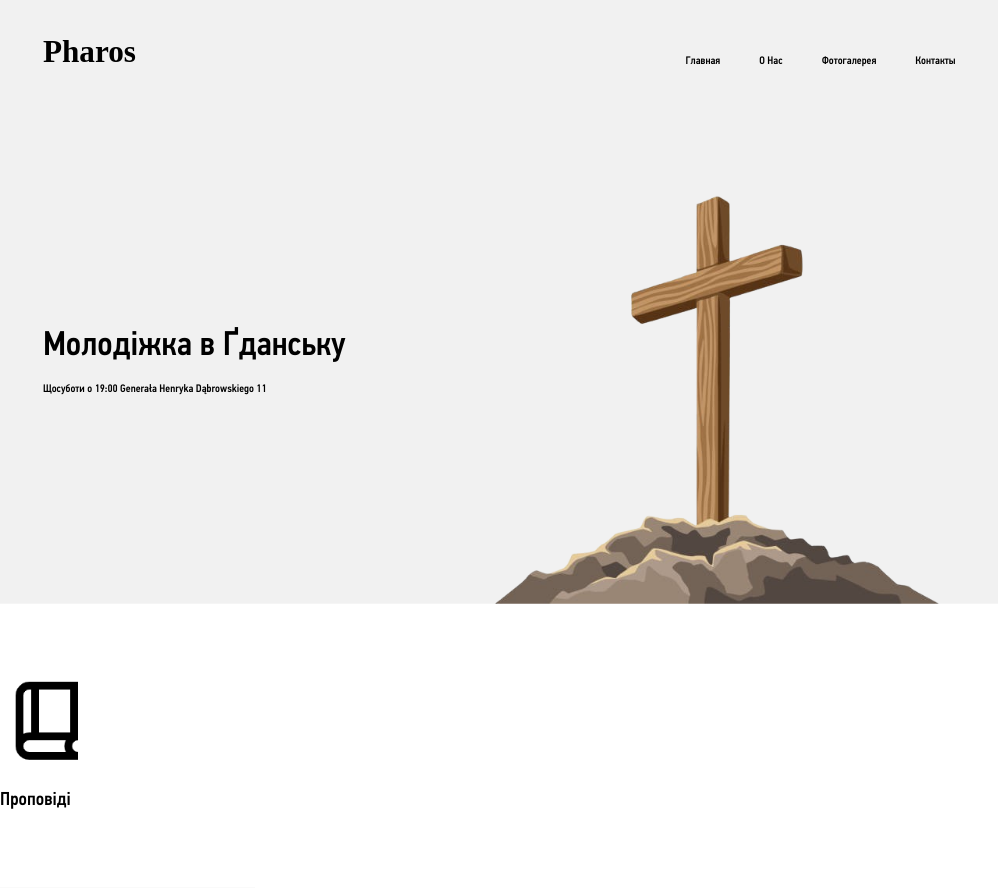
Repository: Bohdan-Sandovenko/youth-project
Page: index.html
These files come from the project's save history. The page is drawn as it stood at one moment and after the next save; the edit follows.
The browser window is 1280 px wide. The pictures show the whole page, at 78% of full size.
Some web fonts or font styles are not loaded; a fallback is used. The style sheet was rebuilt from its Sass, Less or Tailwind sources for each picture, by a compiler version that may differ from the author's.

Above is the page before, as saved 2024-09-11 09:24:59.

### index.html
<!DOCTYPE html>
<html lang="en">
<head>
    <meta charset="UTF-8">
    <meta name="viewport" content="width=device-width, initial-scale=1.0">
    <title>Pharos - Christian youth</title>
    <link rel="stylesheet" href="css/style.css">
    <link rel="stylesheet" href="css/media.css">
</head>
<body>
    <header class="header">
        <div class="container">
            <!--Header nav-->
            <div class="header-nav">
                <a href="#!" class="logo">Pharos</a>
                <nav class="nav">
                    <ul class="nav-list">
                        <li class="nav-item"><a href="" class="nav-link">Главная</a></li>
                        <li class="nav-item"><a href="" class="nav-link">О Нас</a></li>
                        <li class="nav-item"><a href="" class="nav-link">Фотогалерея</a></li>
                        <li class="nav-item"><a href="" class="nav-link">Контакты</a></li>
                    </ul>
                </nav>
            </div>
            <!--header content-->
            <div class="header-row">
                <div class="header-content">
                    <h1 class="header-heading">Молодіжка в Ґданську</h1>
                    <p>Щосуботи о 19:00 Generała Henryka Dąbrowskiego 11</p>
                </div>
                <div class="header-img">
                    <img src="./img/cross-chrisitian.png" alt="">
                </div>
            </div>
        </div>
    </header>
    <section class="services">
        <div class="container">
            <div class="services-row">
                <div class="service-card">
                    <img class='service-card-img'src="./img/icons/bible.png" alt="">
                    <h3 class="service-card-title">Проповіді</h3>
                </div>
            </div>
        </div>
    </section>
    <script src="./js/main.js"></script>
</body>
</html>

### css/style.scss
@import "nullstyles.scss";

@font-face {
    font-family: 'Poppins';
    src: url('../fonts/Poppins/PFDinTextCondPro-Medium.woff2') format('woff2');
    font-weight: 900;
    font-style: bold;
    font-display: swap;
}

@font-face {
    font-family: 'Permanent Marker';
    src: url('../fonts/Permanent/PermanentMarker-Regular.woff2') format('woff2');
    font-weight: normal;
    font-style: normal;
    font-display: swap;
}

body {
    color: black;
    font-family: 'Poppins', sans-serif;

    .header {
        padding: 46px 0px 0px 0px;
        background-color: #F1F1F1;

        .container {
            max-width: 1230px;
            padding: 0 30px;
            margin: 0 auto;

            .header-nav {
                display: flex;
                justify-content: space-between;
                align-items: flex-end;
                margin-bottom: 76px;

                .logo {
                    font-family: 'Permanent Marker';
                    font-weight: 700;
                    font-size: 40px;
                    color: black;
                }

                .nav-list {
                    display: flex;
                    column-gap: 50px; //оступы между элементами
                    font-size: 14px;

                    .nav-item {
                        .nav-link {
                            color: black;

                            &:hover {
                                color: #606060;
                            }
                        }
                    }
                }
            }

            .header-row {
                display: flex;
                justify-content: space-between;
                column-gap: 30px;

                .header-content {
                    max-width: 500px;
                    align-self: center;

                    .header-heading {
                        font-weight: 600;
                        margin-bottom: 20px;
                        font-size: 44px;
                    }

                    p {
                        line-height: 2;
                    }
                }
            }
        }
    }

    //Service
    .services {
        padding: 90px 0px;

        .container {
            .services-row {
                .service-card {
                    .service-card-img {
                        margin-bottom: 30px;
                    }

                    .service-card-title {
                        font-weight: 600;
                        font-size: 24px;
                        margin-bottom: 10px;
                    }
                }
            }
        }
    }
}

### css/nullstyles.scss
* {
    padding: 0;
    margin: 0;
    border: 0;
}


*,
*:before,
*:after {
    -webkit-box-sizing: border-box;
    -moz-box-sizing: border-box;
    box-sizing: border-box;
}


:focus,
:active {
    outline: none;
}

a:focus,
a:active {
    outline: none;
}


nav,
footer,
header,
aside {
    display: block;
}


html,
body {
    height: 100%;
    width: 100%;
    font-size: 100%;
    line-height: 1;
    font-size: 14px;
    -ms-text-size-adjust: 100%;
    -moz-text-size-adjust: 100%;
    -webkit-text-size-adjust: 100%;
}


input,
button,
textarea {
    font-family: inherit;
}


input::-ms-clear {
    display: none;
}

button {
    cursor: pointer;
}

button::-moz-focus-inner {
    padding: 0;
    border: 0;
}

a,
a:visited {
    text-decoration: none;
}

a:hover {
    text-decoration: none;
}

ul li {
    list-style: none;
}

img {
    vertical-align: top;
}

h1,
h2,
h3,
h4,
h5,
h6 {
    font-size: inherit;
    font-weight: 400;
}

Loaded but not shown: js/main.js (no stored copy; drawn as an empty file); css/media.scss (no stored copy; drawn as an empty file)

After the next save:
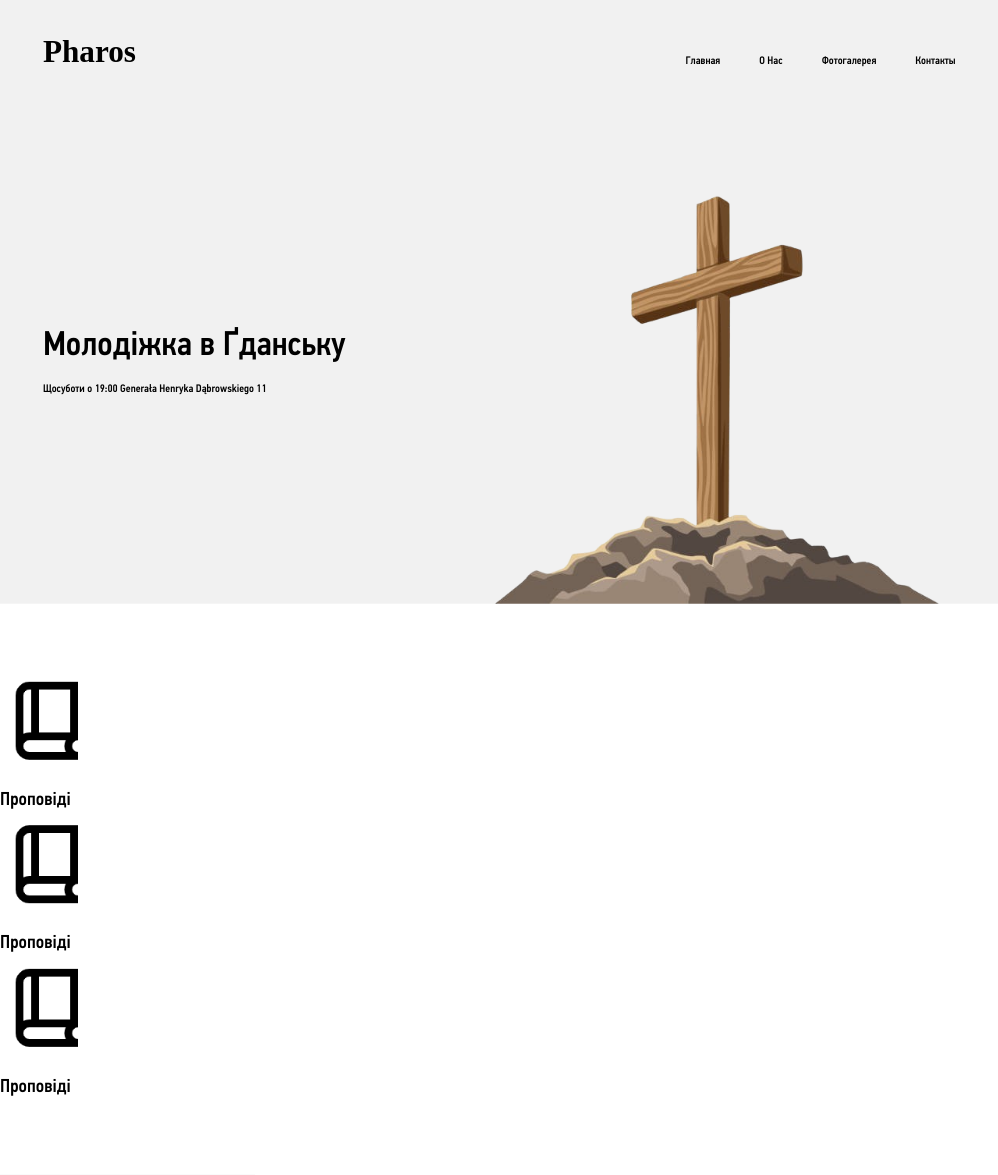
Saved 2 min 18 s later.
--- a/index.html
+++ b/index.html
@@ -41,6 +41,16 @@
                     <img class='service-card-img'src="./img/icons/bible.png" alt="">
                     <h3 class="service-card-title">Проповіді</h3>
                 </div>
+
+                <div class="service-card">
+                    <img class='service-card-img' src="./img/icons/bible.png" alt="">
+                    <h3 class="service-card-title">Проповіді</h3>
+                </div>
+
+                <div class="service-card">
+                    <img class='service-card-img' src="./img/icons/bible.png" alt="">
+                    <h3 class="service-card-title">Проповіді</h3>
+                </div>
             </div>
         </div>
     </section>
